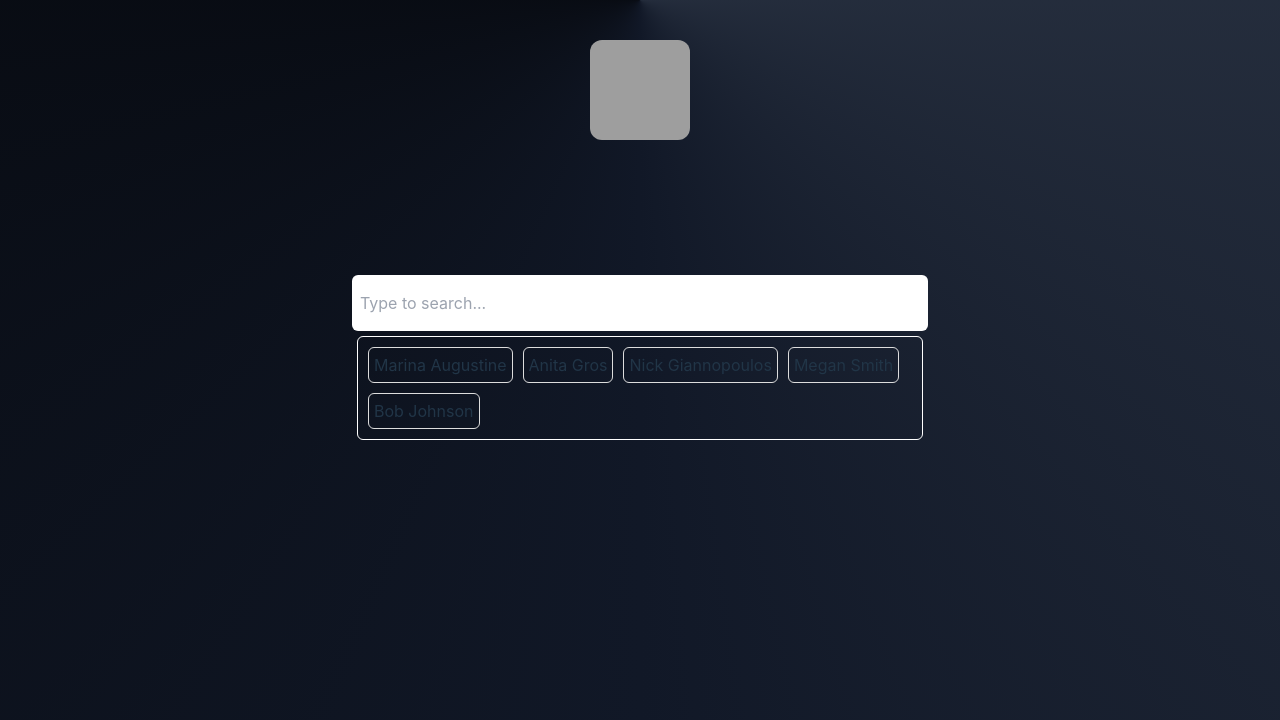
Repository: Ayansaxena24/Chip
Page: /
The author's editor kept a copy of each file at every save. The page is drawn from the files as they stood at one save, then again after a run of saves.
The browser window is 1280 px wide. The pictures show the whole page.
Pictures or frames that could not be fetched are drawn as grey boxes. Some web libraries are served in a nearby version. The project was rebuilt for these pictures with package versions that can differ from the ones it lists, and the page was loaded fresh each time. Also part of the build but not shown: vite.config.ts, src/ChipInput.css.

Above is the page before, as saved 2024-01-16 22:17:31.

### index.html
<!doctype html>
<html lang="en">
  <head>
    <meta charset="UTF-8" />
    <link rel="icon" type="image/svg+xml" href="/vite.svg" />
    <meta name="viewport" content="width=device-width, initial-scale=1.0" />
    <script src="https://cdn.tailwindcss.com"></script>    <title>Vite + React + TS</title>
  </head>
  <body>
    <div id="root"></div>
    <script type="module" src="/src/main.tsx"></script>
  </body>
</html>

### src/App.tsx
import { BrowserRouter as Router, Routes, Route } from 'react-router-dom'
import ChipInput from './ChipInput'

const App = () => {
  return (
    <Router>
      <Routes>
      <Route path="/" element={<ChipInput />} />
      </Routes>
    </Router>
  )
}

export default App

### src/ChipInput.tsx
// ChipInput.tsx

import React, { useState, useRef, useEffect, KeyboardEvent, ChangeEvent } from "react";
import "./ChipInput.css"; // Import your CSS file (e.g., TailwindCss/SCSS)

interface Chip {
  id: number;
  label: string;
}

const ChipInput: React.FC = () => {
  const [inputValue, setInputValue] = useState<string>("");
  const [chips, setChips] = useState<Chip[]>([]);
  const [filteredItems, setFilteredItems] = useState<string[]>([]);
  const inputRef = useRef<HTMLInputElement>(null);

  const items = [
    "Marina Augustine",
    "Anita Gros",
    "Nick Giannopoulos",
    "Megan Smith",
    "Bob Johnson",
  ];

  useEffect(() => {
    setFilteredItems(
      items.filter((item) => !chips.find((chip) => chip.label === item))
    );
  }, [chips]);

  const handleInputChange = (e: ChangeEvent<HTMLInputElement>) => {
    const value = e.target.value;
    setInputValue(value);

    if (value.trim() === "" && chips.length > 0) {
      highlightLastChip();
    } else {
      setFilteredItems(
        items.filter((item) => item.toLowerCase().includes(value.toLowerCase()))
      );
    }
  };

  const handleChipClick = (item: string) => {
    setChips((prevChips) => [...prevChips, { id: Date.now(), label: item }]);
    setInputValue(""); // Clear the input value after selecting a chip
    inputRef.current?.focus(); // Focus on the input field
  };

  const handleChipRemove = (id: number) => {
    setChips((prevChips) => prevChips.filter((chip) => chip.id !== id));
  };

  const handleInputKeyDown = (e: KeyboardEvent<HTMLInputElement>) => {
    if (e.key === "Backspace" && inputValue === "" && chips.length > 0) {
      e.preventDefault();
      const lastChip = chips[chips.length - 1];
      handleChipRemove(lastChip.id);
    }
  };

  const highlightLastChip = () => {
    const lastChip = document.querySelector(".chip:last-child");
    if (lastChip) {
      lastChip.classList.add("highlighted");
    }
  };

  return (
    <div className="w-screen flex justify-center items-center h-screen bg-[conic-gradient(at_top,_var(--tw-gradient-stops))] from-gray-700 via-gray-900 to-black">
      <div className="absolute top-10">
        <img
          src="https://play-lh.googleusercontent.com/tjzK0-TCkXB1zxkmiRr5WNGJxQy87s1RdBx10nqLbdxRIH7bPWxTkH_YiUMbYPFRfmj7=w240-h480-rw"
          alt="Zepto"
          className="w-[100px] h-[100px] rounded-xl "
        />
      </div>
      <div className="flex flex-col w-[80vh]">
        <div className="flex flex-wrap">
          {chips.map((chip) => (
            <div
              key={chip.id}
              className="bg-[#037bfc] text-white rounded-md m-[5px] pr-[30px] pl-[10px] py-[12px] cursor-pointer flex items-center relative"
              onClick={() => handleChipRemove(chip.id)}
            >
              {chip.label}
              <span className="hover:border-white hover:bg-red-600 duration-300 ease-in-out hover:border-2 hover:rounded-md px-1 mx-2 absolute right-0">
                X
              </span>
            </div>
          ))}
          <input
            ref={inputRef}
            type="text"
            value={inputValue}
            onChange={handleInputChange}
            onKeyDown={handleInputKeyDown}
            placeholder="Type to search..."
            className="rounded-md w-full pl-2 py-4"
          />
        </div>
        <ul
          className={`${
            chips.length !== 5
              ? "cursor-pointer p-[5px] m-[5px] border-white rounded-md border-[1px] border-solid flex flex-wrap"
              : ""
          }`}
        >
          {filteredItems.map((item) => (
            <li
              className="cursor-pointer p-[5px] m-[5px] border-[1px] border-[#ddd] rounded-md hover:text-black hover:bg-white duration-300 ease-in-out hover:scale-105"
              key={item}
              onClick={() => handleChipClick(item)}
            >
              {item}
            </li>
          ))}
        </ul>
      </div>
    </div>
  );
};

export default ChipInput;

Loaded but not shown: src/main.tsx (common file); src/index.css (common file)

After the next 2 saves:
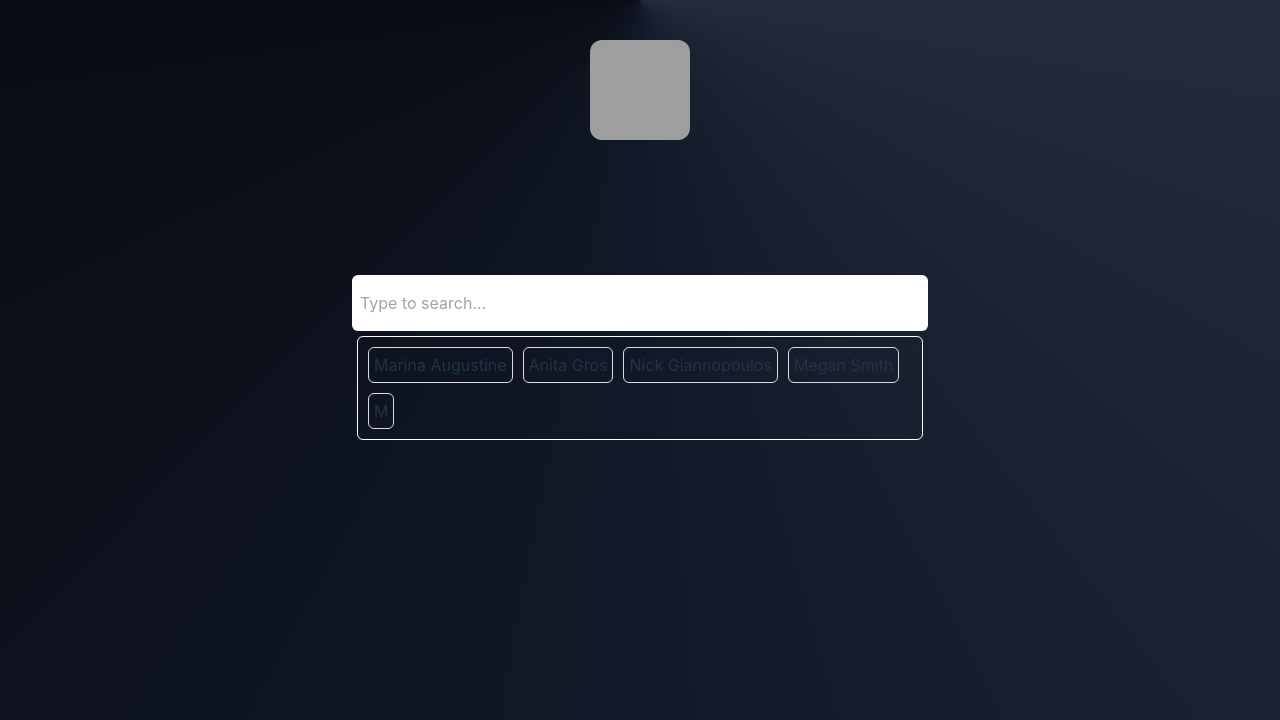
The 2 saves are shown as one change because they came seconds apart.
The last was saved 12 s later.
--- a/src/ChipInput.tsx
+++ b/src/ChipInput.tsx
@@ -19,7 +19,7 @@ const ChipInput: React.FC = () => {
     "Anita Gros",
     "Nick Giannopoulos",
     "Megan Smith",
-    "Bob Johnson",
+    "M",
   ];
 
   useEffect(() => {
